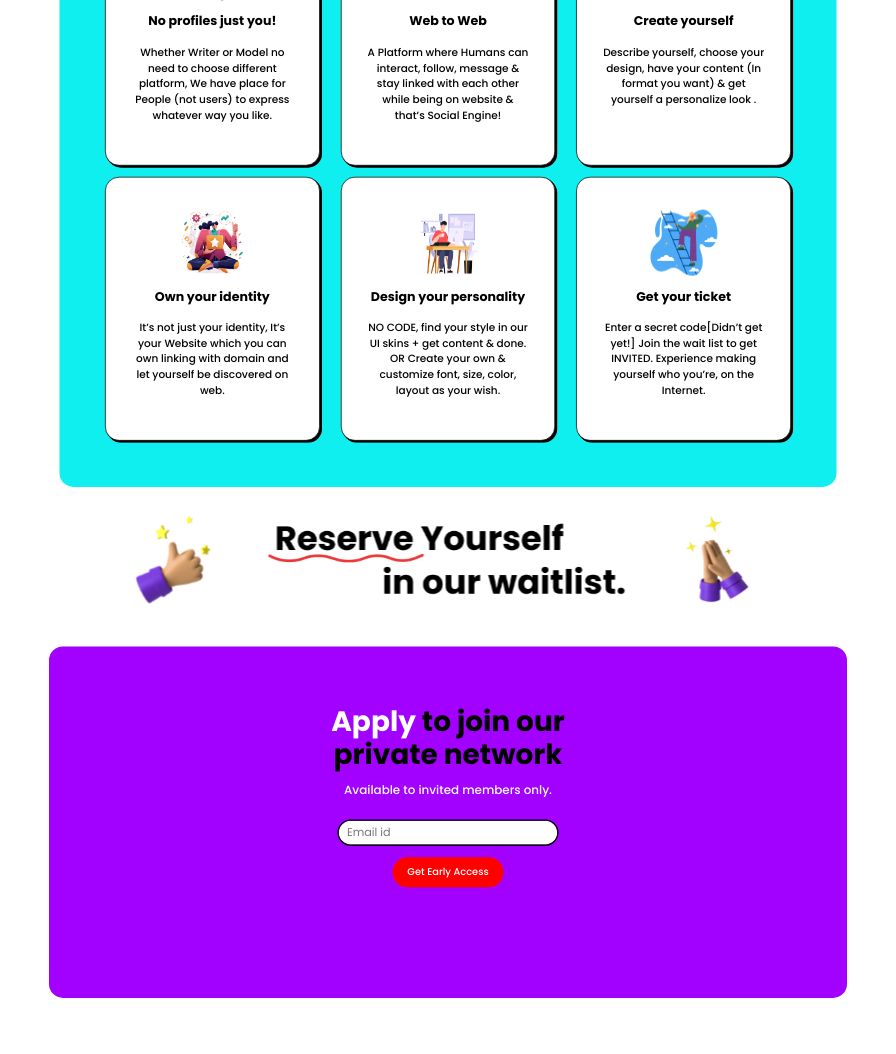
Repository: itsmesikandar/swavy.in.github.io
Page: index.html
These files come from the project's save history. The page is drawn as it stood at one moment and after the next save; the edit follows.
The browser window is 1280 px wide. The pictures show the part of the page from y = 3882 to 5802 px (the page is 5388 px tall before and 5802 px after), at 70% of full size.

Above is the page before, as saved 2023-02-24 19:23:11.
Console error: TypeError: Cannot read properties of undefined (reading 'fn')

### index.html
<!DOCTYPE html>
<html lang="en">
<head>
  <title>Swavy | Not Just Social Media</title>
  <link rel="icon" type="image/x-icon" href="/images/favicon.png">
  <meta charset="UTF-8">
  <meta name="viewport" content="width=device-width, initial-scale=1.0">
  <meta http-equiv="X-UA-Compatible" content="ie=edge">
  <link rel="stylesheet" href="vendors/owl-carousel/css/owl.carousel.min.css">
  <link rel="stylesheet" href="vendors/owl-carousel/css/owl.theme.default.css">
  <link rel="stylesheet" href="vendors/mdi/css/materialdesignicons.min.css">
  <link rel="stylesheet" href="vendors/aos/css/aos.css">
  <link rel="stylesheet" href="css/style.min.css">
  <link rel="stylesheet" href="css/style.css">
  <link rel="stylesheet"
        href="https://cdnjs.cloudflare.com/ajax/libs/OwlCarousel2/2.3.4/assets/owl.carousel.min.css"
        integrity="sha512-tS3S5qG0BlhnQROyJXvNjeEM4UpMXHrQfTGmbQ1gKmelCxlSEBUaxhRBj/EFTzpbP4RVSrpEikbmdJobCvhE3g=="
        crossorigin="anonymous" />
  <link rel="stylesheet"
        href="https://cdnjs.cloudflare.com/ajax/libs/OwlCarousel2/2.3.4/assets/owl.theme.default.min.css"
        integrity="sha512-sMXtMNL1zRzolHYKEujM2AqCLUR9F2C4/05cdbxjjLSRvMQIciEPCQZo++nk7go3BtSuK9kfa/s+a4f4i5pLkw=="
        crossorigin="anonymous" />

</head>
<body id="body" data-spy="scroll" data-target=".navbar" data-offset="100">
  <header id="header-section">
    <nav class="navbar navbar-expand-lg pl-3 pl-sm-0 py-4" id="navbar">
      <div class="container">
        <div class="navbar-brand-wrapper d-flex ">
          <h4 style="color:rgb(253, 81, 1); font-size: 18px; font-weight: 600;">#NotJustSocialMedia</h4>
        </div>
      </div>
    </nav>
  </header>
  <div class="content-wrapper">
    <div class="container bg_color_zero">
      <section class="row align-items-center justify-content-center">

        <div class=" col-lg-offset-2 col-lg-5 col-md-6 mt-4 ">
          <div class="">
            <h1 class="m-0 font-wt-h1 mb-4">Discover the best<br> form of yourself</h1>
            <p class="font-wt-h ">Where humans create themselves, not Platform!</p>
            <img onclick="imgClick()" class="mt-2 section-hero" width="60%" src="images/img-top.png" >
          </div>
        </div>
        <div class="col-lg-5 col-md-6 ">
          <div class="py-5" id="imgr">
            <img src="images/vlog.png" >
          </div>
        </div>
      </div>
      <!-- <h1 class="font-weight-semibold margin-top" id="ht">Discover<br>The Best Form Of Yourself</h1>
      <h5 class="font-weight-normal text-muted pb-3">Where humans create themselves, not Platform.</h5>
      <img src="images/hero-img.png" alt="" class="img-fluid"> -->
    </div>
  </div>
      <div class="content-wrapper ">

        <div class="container">

          <section class="features-overview bg_color_first " id="features-section" >

            <div class="content-header  ">
              <h2 class="section-subtitle color-white"><b>Where you can</b></h4>
              <h2 class="color-white"><b>Show what you are but better.</b></h4>
            </div>

            <div class="d-md-flex justify-content-between mx-5">
              <div class="grid-margin justify-content-center bg_color_white box-shadow-3d-a mx-5 px-2">
                <div class="features-width text-center py-3 pt-5">
                  <img src="images/nomore.png" width="100" height="100" alt="" class="img-icons">
                  <h5 class="py-3 font-weigh-sub">No More<br>Default Profiles</h5>
                  <p class="text-muted font-wt-p">Forget that default profile design that matches with Billions other!</p>
                </div>
              </div>
              <div class="grid-margin  justify-content-center bg_color_white box-shadow-3d-b mx-5 px-2">
                <div class="features-width text-center py-3 pt-5">
                  <img src="images/noplatform.jpg" width="100" height="100" alt="" class="img-icons">
                  <h5 class="py-3 font-weigh-sub">No Need Of<br>Different Platform</h5>
                  <p class="text-muted font-wt-p">Does platform limits you expression: some allows video, image or text only?
                  </p>
                </div>
              </div>
              <div class="grid-margin justify-content-center bg_color_white box-shadow-3d-c mx-5 px-2">
                <div class="features-width text-center py-3 pt-5">
                  <img src="images/tenent.png" width="100" height="100" alt="" class="img-icons">
                  <h5 class="py-3 font-weigh-sub">You No Need<br>To Live As Tenant</h5>
                  <p class="text-muted font-wt-p">Own your virtual identity, like you own your real life.~Web+Domain, for free.</p>
                </div>
              </div>
            </div>
          </section>

          <div class="col-12 text-center pb-4">
            <h2 class="section-subtitle mt-5"><b>Bring Your Ideas Into Life</b></h2>
          </div>

          <section class=" features-overview customer-feedback bg_color_second" id="feedback-section">
            <div class="container">
              <div class="row">
                <div class="col-12 paa-5">
                  <div class="owl-carousel owl-theme">
                    <div class="card customer-cards">
                      <img src="images/educator.png"  alt="" >
                    </div>
                    <div class="card customer-cards">
                      <img src="images/creator.png"  alt="" >
                    </div>
                    <div class="card customer-cards">
                      <img src="images/model.png"  alt="" >
                    </div>
                    <div class="card customer-cards">
                      <img src="images/writer.png"  alt="" >
                    </div>
                  </div>
                </div>
              </div>
            </div>

          </section>

          <section class="features-overview bg_color_third " id="features-section" >
            <div class="container">
              <div class="row align-items-center ">
                <div class="col-12  col-lg-offset-1 col-lg-6 grid-margin grid-margin-lg-0 align-left pl-5 pt-5 pb-5 align-items-center justify-content-center" data-aos="fade-right">
                  <h2 class="m-0 font-wt-h3 mb-5">Makes your Personality<br>visible like your<br>Identity.</h2>
                  <div class="col-lg-12  font-wt-wb box-shadow-3d-d">
                    <p class=" font-wt-c mt-2">Whether you are a model who never skips shooting, a blogger who writes about his life and publishes online, or a seller who sends products with happiness.</p>
                    <p class="font-wt-c ">Whatever your personality is, it can now be reflected online, No Different Platform.</p>
                    <h4 class="font-wt-p color-black">#PlaceForAll</h4>
                  </div>
                </div>
                <div class="col-12  col-lg-6  img-digital grid-margin grid-margin-lg-0 pr-5 pt-5 pb-5" data-aos="fade-left">
                  <div class="carousel slide" data-ride="carousel">
                    <div class="carousel-inner">
                      <div class="carousel-item active">
                        <img src="images/vlog.png" alt="" class="img-fluid d-block w-100">
                      </div>
                      <div class="carousel-item ">
                        <img src="images/show.png" alt="" class="img-fluid d-block w-100">
                      </div>
                      <div class="carousel-item ">
                        <img src="images/podcast.png" alt="" class="img-fluid d-block w-100">
                      </div>
                      <div class="carousel-item ">
                        <img src="images/sell.png" alt="" class="img-fluid d-block w-100">
                      </div>
                    </div>
                  </div>
                </div>
              </div>
            </div>
          </section>

          <section class="features-overview bg_color_fourth " id="features-section" >
            <div class="container">
              <div class="row align-items-center ">
                <div class="col-12 col-lg-6  img-digital grid-margin grid-margin-lg-0 pl-5 pt-5 pb-5 " data-aos="fade-right">
                  <div class="carousel slide" data-ride="carousel">
                    <div class="carousel-inner">
                      <div class="carousel-item active">
                        <img src="images/class.png" alt="" class="img-fluid d-block w-100">
                      </div>
                      <div class="carousel-item ">
                        <img src="images/radhika.png" alt="" class="img-fluid d-block w-100">
                      </div>
                      <div class="carousel-item ">
                        <img src="images/news.png" alt="" class="img-fluid d-block w-100">
                      </div>
                    </div>
                  </div>
                </div>
                <div class="col-12 col-lg-6 col-lg-offset-1 grid-margin grid-margin-lg-0 align-left pr-5 pt-5 pb-5" data-aos="fade-left">
                  <h3 class="m-0 font-wt-h3 mb-5">Share your knowledge<br> with people around the world.</h3>
                  <div class="col-lg-12  font-wt-wb box-shadow-3d-d">
                    <p class="font-wt-c mt-2">Now you don't need any medium to publish articles, Don't need to create an app to teach or be on TV to spread your cooking skills.</p>
                    <p class="font-wt-c">Just create, design and connect with everyone, through website to website!.</p>
                    <h4 class="font-wt-p color-black">#PlaceWhereHumanExists</h4>
                  </div>
                </div>
              </div>
            </div>
          </section>

          <div class="col-12 text-center py-4 mt-2">
            <h2><b>Be the human that exist in<br>real world.</b></h2>
          </div>

          <section class="case-studies bg_color_fifth" id="case-studies-section">
            <div class="container">
              <div class="row ">


                <div class="col-12 col-md-6 col-lg-4 stretch-card mb-3 mb-lg-3 " data-aos="zoom-in">
                  <div class="card customer-cards font-wt-wb box-shadow-3d-e">
                    <div class="card-body">
                      <div class="text-center">
                        <img src="images/goalive.png" width="100" height="100" alt="" class="img-customer">
                        <div class="content-divider m-auto"></div>
                        <h6 class="card-title pt-3 font-weigh-sub">No profiles just you!</h6>
                        <p class="m-0 py-3  font-wt-p">Whether Writer or Model no need to choose different platform, We have place for People (not users) to express whatever way you like.</p>
                      </div>
                    </div>
                  </div>
                </div>

                <div class="col-12 col-md-6 col-lg-4 stretch-card mb-3 mb-lg-3 " data-aos="zoom-in" data-aos-delay="200">
                  <div class="card customer-cards card customer-cards font-wt-wb box-shadow-3d-e">
                    <div class="card-body">
                      <div class="text-center">
                        <img src="images/friends.jpg" width="100" height="100" alt="" class="img-customer">
                        <div class="content-divider m-auto"></div>
                        <h6 class="card-title pt-3 font-weigh-sub">Web to Web</h6>
                        <p class="m-0 py-3 font-wt-p">A Platform where Humans can interact, follow, message & stay linked with each other while being on website & that’s Social Engine!</p>
                      </div>
                    </div>
                  </div>
                </div>

                <div class="col-12 col-md-6 col-lg-4 stretch-card mb-3 mb-lg-3" data-aos="zoom-in" data-aos-delay="400">
                  <div class="card customer-cards font-wt-wb box-shadow-3d-e">
                    <div class="card-body">
                      <div class="text-center">
                        <img src="images/create.jpg" width="100" height="100" alt="" class="img-customer">
                        <div class="content-divider m-auto"></div>
                        <h6 class="card-title pt-3 font-weigh-sub">Create yourself</h6>
                        <p class="m-0 py-3 font-wt-p">Describe yourself, choose your design, have your content (In format you want) & get yourself a personalize look .</p>
                      </div>
                    </div>
                  </div>
                </div>

                <div class="col-12 col-md-6 col-lg-4 stretch-card mb-3 mb-lg-3" data-aos="zoom-in" data-aos-delay="600">
                  <div class="card customer-cards font-wt-wb box-shadow-3d-e">
                    <div class="card-body">
                      <div class="text-center">
                        <img src="images/own.jpg" width="100" height="100" alt="" class="img-customer">
                        <div class="content-divider m-auto"></div>
                        <h6 class="card-title pt-3 font-weigh-sub">Own your identity</h6>
                        <p class="m-0 py-3 font-wt-p">It’s not just your identity, It’s your Website which you can own linking with domain and let yourself be discovered on web.</p>
                      </div>
                    </div>
                  </div>
                </div>

                <div class="col-12 col-md-6 col-lg-4 stretch-card mb-3 mb-lg-3" data-aos="zoom-in" data-aos-delay="400">
                  <div class="card customer-cards font-wt-wb box-shadow-3d-e">
                    <div class="card-body">
                      <div class="text-center">
                        <img src="images/design.jpg" width="100" height="100" alt="" class="img-customer">
                        <div class="content-divider m-auto"></div>
                        <h6 class="card-title pt-3 font-weigh-sub">Design your personality</h6>
                        <p class="m-0 py-3 font-wt-p">NO CODE, find your style in our UI skins + get content & done. OR Create your own & customize font, size, color, layout as your wish.</p>
                      </div>
                    </div>
                  </div>
                </div>

                <div class="col-12 col-md-6 col-lg-4 stretch-card mb-3 mb-lg-3" data-aos="zoom-in" data-aos-delay="600">
                  <div class="card customer-cards font-wt-wb box-shadow-3d-e">
                    <div class="card-body">
                      <div class="text-center">
                        <img src="images/ticket.png" width="100" height="100" alt="" class="img-customer">
                        <div class="content-divider m-auto"></div>
                        <h6 class="card-title pt-3 font-weigh-sub">Get your ticket</h6>
                        <p class="m-0 py-3 font-wt-p">Enter a secret code[Didn’t get yet!] Join the wait list to get INVITED. Experience making yourself who you’re, on the Internet.</p>
                      </div>
                    </div>
                  </div>
                </div>

              </div>
            </div>
          </section>

        </div>

        <div class="content-wrapper ">
          <div class="container">
              <div class="row justify-content-center align-items-center">
                  <div class="col-sm-2 col-md-2 col-lg-2" data-aos="zoom-in">
                    <img  src="images/img-left.png" alt="" class="img-fluid">
                  </div>
                  <div class="col-sm-8 col-md-8 col-lg-6 " data-aos="zoom-in">
                    <img  src="images/img-middle.png" alt="" class="img-fluid">
                  </div>
                  <div class="col-sm-2 col-md-2 col-lg-2 " data-aos="zoom-in">
                    <img  src="images/img-right.png" alt="" class="img-fluid">
                  </div>
              </div>
          </div>
        </div>


        <section class="text-center align-items-center "  >
          <div class="container  bg_color_sixth ">
            <div class="contact-us-bgimage py-2 grid-margin " >
              <div class="py-4">
                <h1 class="px-3 px-md-0 m-0 fw" data-aos="fade-down"><span class="color-white">Apply</span> to join our<br>private network</h1>
                <h6 class="mt-3 color-white">Available to invited members only.</h6>
              </div>

              <div data-aos="fade-up" >
                <div class="col-12  offset-sm-3 col-sm-6 offset-sm-3 offset-lg-4 col-lg-4 offset-lg-4 ">
                  <form name="submit-to-google-sheet" id="myForm">
                    <input type="email" name="Email" class="input-form-control r-20" id="Email" placeholder="Email id">
                    <div class="pt-3">
                      <button  type="submit" class="btn btn-danger font-weight-medium r-20">Get Early Access</button>
                    </div>
                  </form>
                </div>
              </div>
            </div>
          </div>
        </section>

        <div class="content-wrapper">
          <div class="container">

          </div>
        </div>
      </div>

  <script>
       !function(){var analytics=window.analytics=window.analytics||[];if(!analytics.initialize)if(analytics.invoked)window.console&&console.error&&console.error("Segment snippet included twice.");else{analytics.invoked=!0;analytics.methods=["trackSubmit","trackClick","trackLink","trackForm","pageview","identify","reset","group","track","ready","alias","debug","page","once","off","on","addSourceMiddleware","addIntegrationMiddleware","setAnonymousId","addDestinationMiddleware"];analytics.factory=function(e){return function(){var t=Array.prototype.slice.call(arguments);t.unshift(e);analytics.push(t);return analytics}};for(var e=0;e<analytics.methods.length;e++){var key=analytics.methods[e];analytics[key]=analytics.factory(key)}analytics.load=function(key,e){var t=document.createElement("script");t.type="text/javascript";t.async=!0;t.src="https://cdn.segment.com/analytics.js/v1/" + key + "/analytics.min.js";var n=document.getElementsByTagName("script")[0];n.parentNode.insertBefore(t,n);analytics._loadOptions=e};analytics._writeKey="sy1jEkZRdvqaCf5dOWhj4yyXbsgHlnL4";;analytics.SNIPPET_VERSION="4.15.3";
        analytics.load("sy1jEkZRdvqaCf5dOWhj4yyXbsgHlnL4");
        analytics.page();
        }}();


    const scriptURL = 'https://script.google.com/macros/s/AKfycbxXpgQgQMZqhFNl4IiDehqWTr5-PkKsvUA7oIWJAg1q1VEVA7wHIRvszY07XR8cTBPduQ/exec'
    const form = document.forms['submit-to-google-sheet']
    //const formm = document.forms['submit-to-google-sheet']
    const fr = document.getElementById("myForm")

    const toSroll = document.getElementById("page-bottom")

    function imgClick() {
      toSroll.scrollIntoView({behavior:"smooth"})
    }

    // document.getElementById("gcode").onclick() = function() {
    //   console.error(" Clicked is working fine ")
    // }


    form.addEventListener('submit', e => {
      e.preventDefault()
      fetch(scriptURL, { method: 'POST', body: new FormData(form)})
        .then(response =>
        fr.reset())
        .catch(error => console.error('Error!!!!!!', error.message))
    })

  </script>
  <script src="https://cdnjs.cloudflare.com/ajax/libs/OwlCarousel2/2.3.4/owl.carousel.min.js"
  integrity="sha512-bPs7Ae6pVvhOSiIcyUClR7/q2OAsRiovw4vAkX+zJbw3ShAeeqezq50RIIcIURq7Oa20rW2n2q+fyXBNcU9lrw=="
  crossorigin="anonymous"></script>
  <script src="vendors/jquery/jquery.min.js"></script>
  <script src="vendors/bootstrap/bootstrap.min.js"></script>
  <script src="vendors/owl-carousel/js/owl.carousel.min.js"></script>
  <script src="vendors/aos/js/aos.js"></script>
  <script src="js/landingpage.js"></script>
</body>
</html>

### js/landingpage.js
// HEADER ANIMATION
window.onscroll = function() {scrollFunction()};
var element = document.getElementById("body");
function scrollFunction() {
  if (document.body.scrollTop > 400 || document.documentElement.scrollTop > 400) {
      $(".navbar").addClass("fixed-top");
      element.classList.add("header-small");
      $("body").addClass("body-top-padding");

  } else {
      $(".navbar").removeClass("fixed-top");
      element.classList.remove("header-small");
      $("body").removeClass("body-top-padding");
  }
}

// OWL-CAROUSAL
$('.owl-carousel').owlCarousel({
    items: 3,
    loop:true,
    nav:false,
    dot:true,
    autoplay: true,
    slideTransition: 'linear',
    autoplayHoverPause: true,
    responsive:{
      0:{
          items:1
      },
      600:{
          items:2
      },
      1000:{
          items:3
      }
  }
})

// SCROLLSPY
$(document).ready(function() {
  $(".nav-link").click(function() {
      var t = $(this).attr("href");
      $("html, body").animate({
          scrollTop: $(t).offset().top - 75
      }, {
          duration: 1000,
      });
      $('body').scrollspy({ target: '.navbar',offset: $(t).offset().top });
      return false;
  });

});

// AOS
AOS.init({
    offset: 120,
    delay: 0,
    duration: 1200,
    easing: 'ease',
    once: true,
    mirror: false,
    anchorPlacement: 'top-bottom',
    disable: "mobile"
  });

//SIDEBAR-OPEN
  $('#navbarSupportedContent').on('hidden.bs.collapse', function () {
    $("body").removeClass("sidebar-open");
  })

  $('#navbarSupportedContent').on('shown.bs.collapse', function () {
    $("body").addClass("sidebar-open");
  })


  window.onresize = function() {
    var w = window.innerWidth;
    if(w>=992) {
      $('body').removeClass('sidebar-open');
      $('#navbarSupportedContent').removeClass('show');
    }
  }

Loaded but not shown: vendors/owl-carousel/css/owl.carousel.min.css (library); vendors/owl-carousel/css/owl.theme.default.css (common file); vendors/mdi/css/materialdesignicons.min.css (library); vendors/aos/css/aos.css (library); css/style.min.css (library); css/style.css (library); vendors/jquery/jquery.min.js (library); vendors/bootstrap/bootstrap.min.js (library); vendors/owl-carousel/js/owl.carousel.min.js (library); vendors/aos/js/aos.js (library)

After the next save:
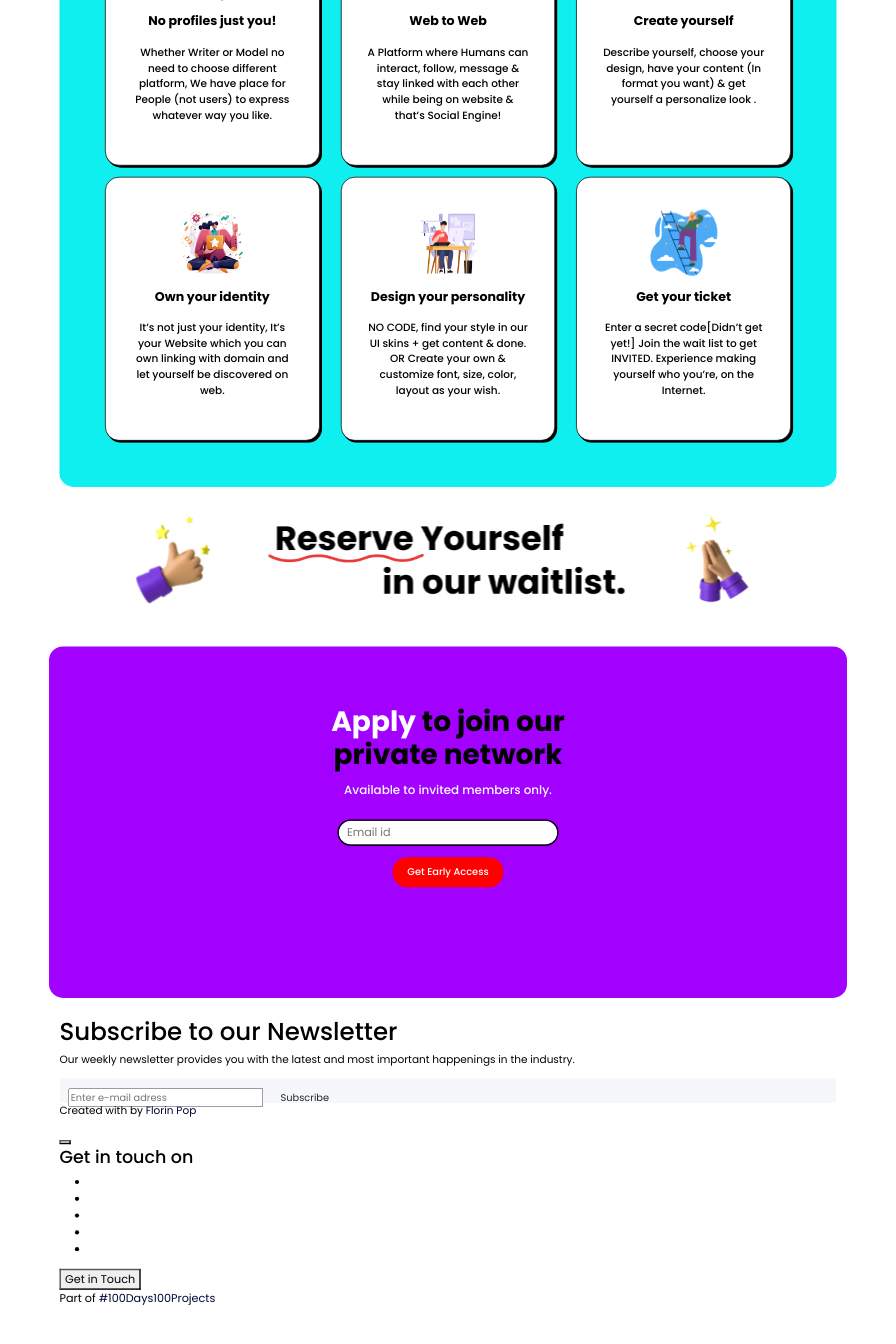
Saved 111 s later.
--- a/index.html
+++ b/index.html
@@ -316,6 +316,59 @@
 
         <div class="content-wrapper">
           <div class="container">
+            <div class="box">
+              <h2>Subscribe to our Newsletter</h2>
+              <p>Our weekly newsletter provides you with the latest and most important happenings in the industry.</p>
+              <div class="form-control">
+                <input type="text" class="input" placeholder="Enter e-mail adress" />
+                <button class="btn">Subscribe</button>
+              </div>
+            </div>
+
+            <!-- SOCIAL PANEL HTML -->
+            <div class="social-panel-container">
+              <div class="social-panel">
+                <p>Created with <i class="fa fa-heart"></i> by
+                  <a target="_blank" href="https://florin-pop.com">Florin Pop</a></p>
+                <button class="close-btn"><i class="fas fa-times"></i></button>
+                <h4>Get in touch on</h4>
+                <ul>
+                  <li>
+                    <a href="https://www.patreon.com/florinpop17" target="_blank">
+                      <i class="fab fa-discord"></i>
+                    </a>
+                  </li>
+                  <li>
+                    <a href="https://twitter.com/florinpop1705" target="_blank">
+                      <i class="fab fa-twitter"></i>
+                    </a>
+                  </li>
+                  <li>
+                    <a href="https://linkedin.com/in/florinpop17" target="_blank">
+                      <i class="fab fa-linkedin"></i>
+                    </a>
+                  </li>
+                  <li>
+                    <a href="https://facebook.com/florinpop17" target="_blank">
+                      <i class="fab fa-facebook"></i>
+                    </a>
+                  </li>
+                  <li>
+                    <a href="https://instagram.com/florinpop17" target="_blank">
+                      <i class="fab fa-instagram"></i>
+                    </a>
+                  </li>
+                </ul>
+              </div>
+            </div>
+
+            <button class="floating-btn">
+              Get in Touch
+            </button>
+
+            <div class="floating-text">
+              Part of <a href="https://florin-pop.com/blog/2019/09/100-days-100-projects" target="_blank">#100Days100Projects</a>
+            </div>
 
           </div>
         </div>
